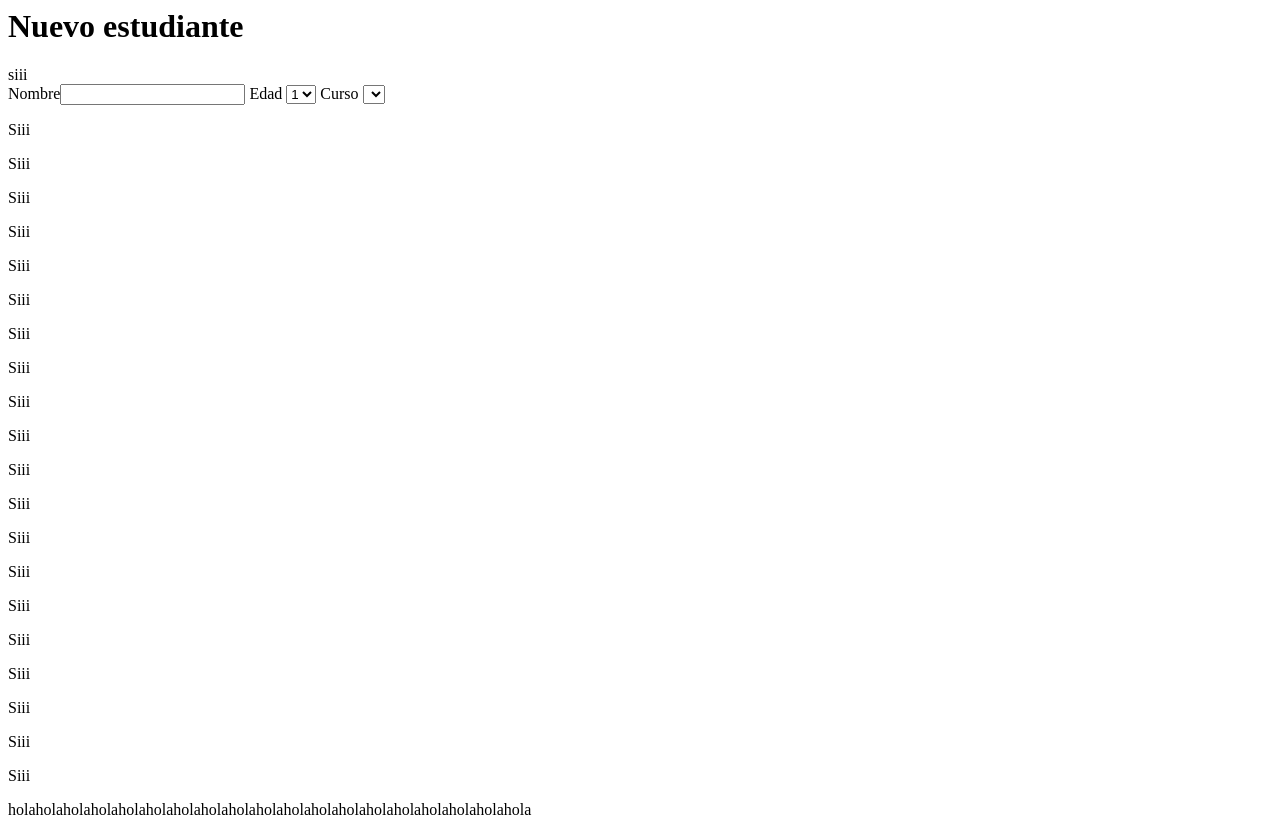
Repository: nicogcn/cursos-crud-jee
Page: angular-cursos/WebContent/zaix/createE.html
An editor plug-in stored every save of this project. The page is shown before and after the next save, followed by the edit.
The browser window is 1280 px wide. The pictures show the whole page.

Above is the page before, as saved 2017-05-03 01:23:09.

After the next save:
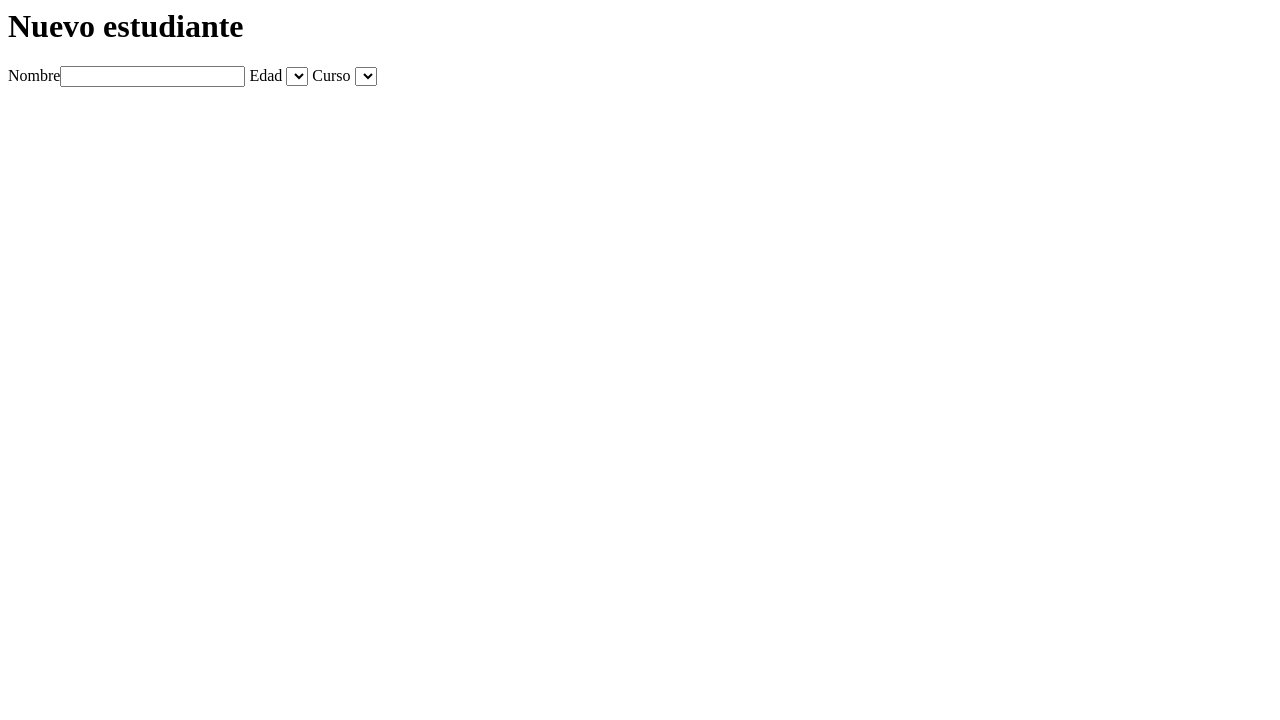
Saved 5 min 13 s later.
--- a/angular-cursos/WebContent/zaix/createE.html
+++ b/angular-cursos/WebContent/zaix/createE.html
@@ -1,28 +1,11 @@
 <div>
 	<h1>Nuevo estudiante</h1>
-	<script type="text/javascript">
-		document.write("siii");
-	</script>
 	<form>
 		<label>Nombre</label><input type="text">
 		<label>Edad</label>
-		<select>
-			<option>1</option>
-		</select>
+		<select></select>
 		<label>Curso</label>
 		<select>
 		</select>
 	</form>
-	<div>
-		<script type="text/javascript">
-			for (var int = 0; int < 20; int++) {
-				document.write("<p>Siii</p>")
-			}
-		</script>
-	</div>
-	<script>
-			for (var int = 15; int < 34; int++) {
-				document.write("hola");
-			}
-			</script>
 </div>
